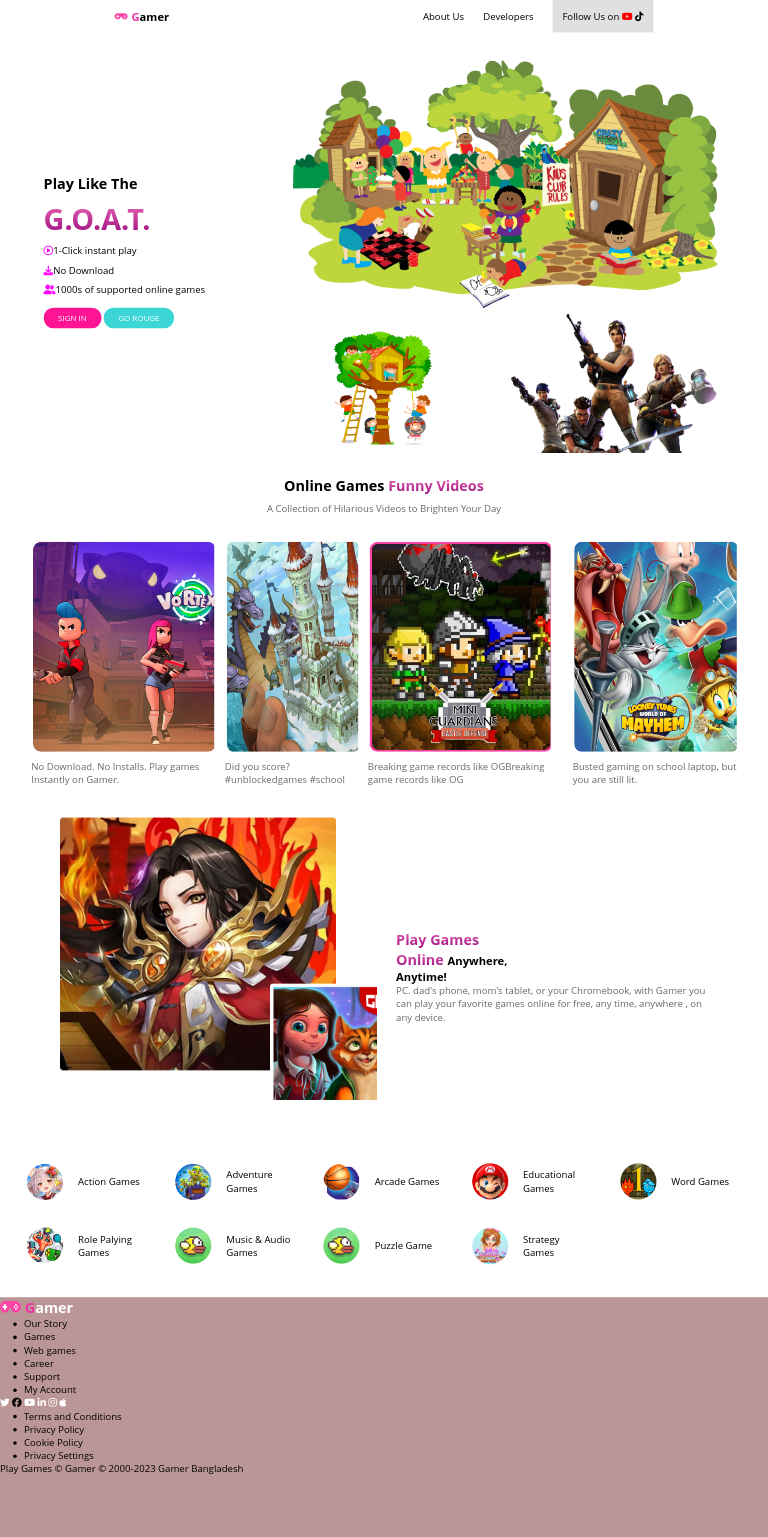
Repository: sadiaafsana138/Gamer-Zone
Page: index.html
An editor plug-in stored every save of this project. The page is shown before and after the next save, followed by the edit.
The browser window is 1280 px wide. The pictures show the whole page, at 60% of full size.
Some web libraries are served in a nearby version.

Above is the page before, as saved 2023-09-06 22:35:23.

After the next save:
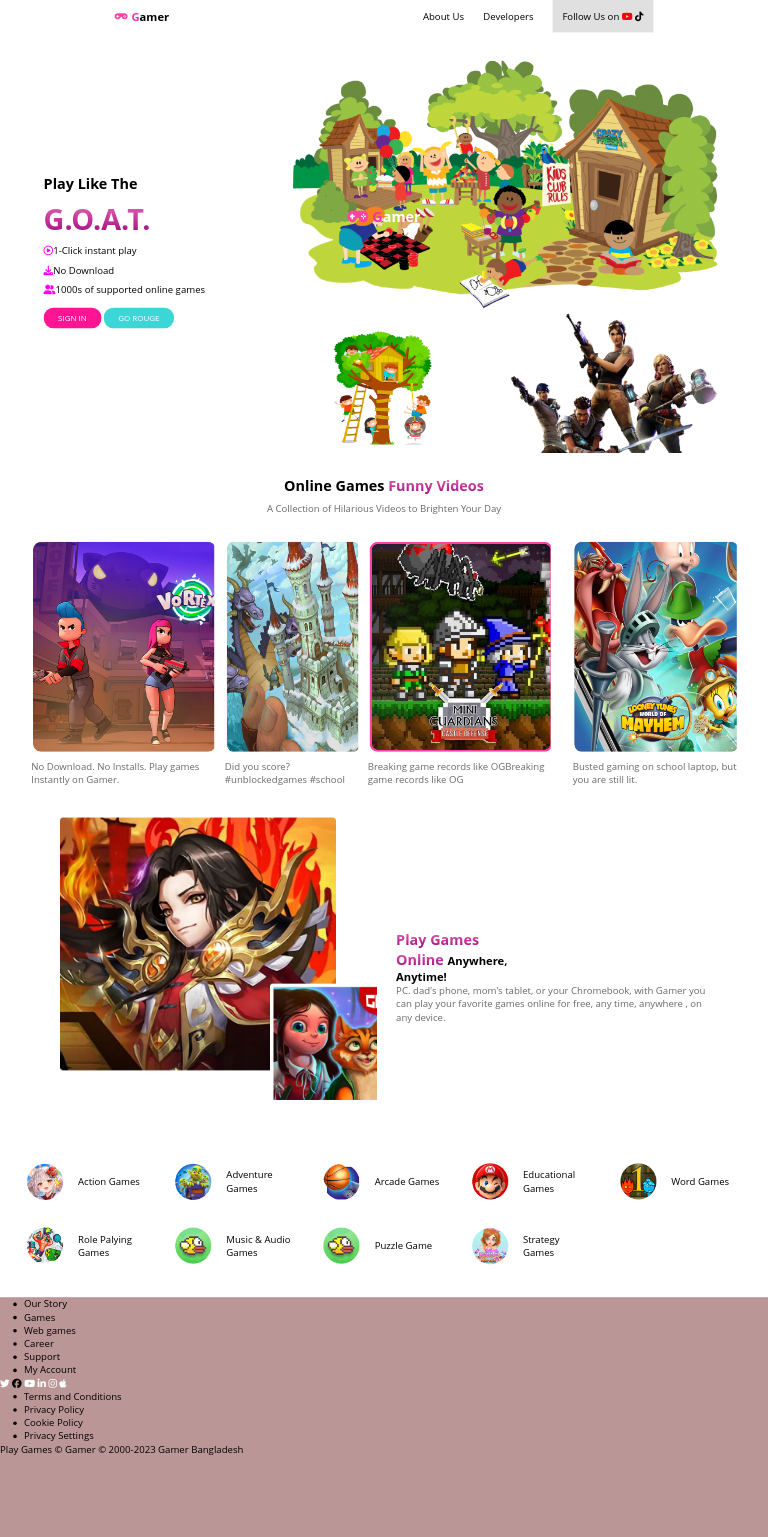
Saved 2 min 37 s later.
--- a/styles.css
+++ b/styles.css
@@ -191,9 +191,16 @@
    justify-content: center;
    align-items: center;
 }
-.Banner{
-    place-items: center;
-}
+#Bannerhead{
+    position: absolute;
+      top: 50%;
+      left: 50%;
+      transform: translate(-50%, -50%);
+}
+
+
+
+
 
 /* Responsive */
 /*Tab*/

After the save that followed:
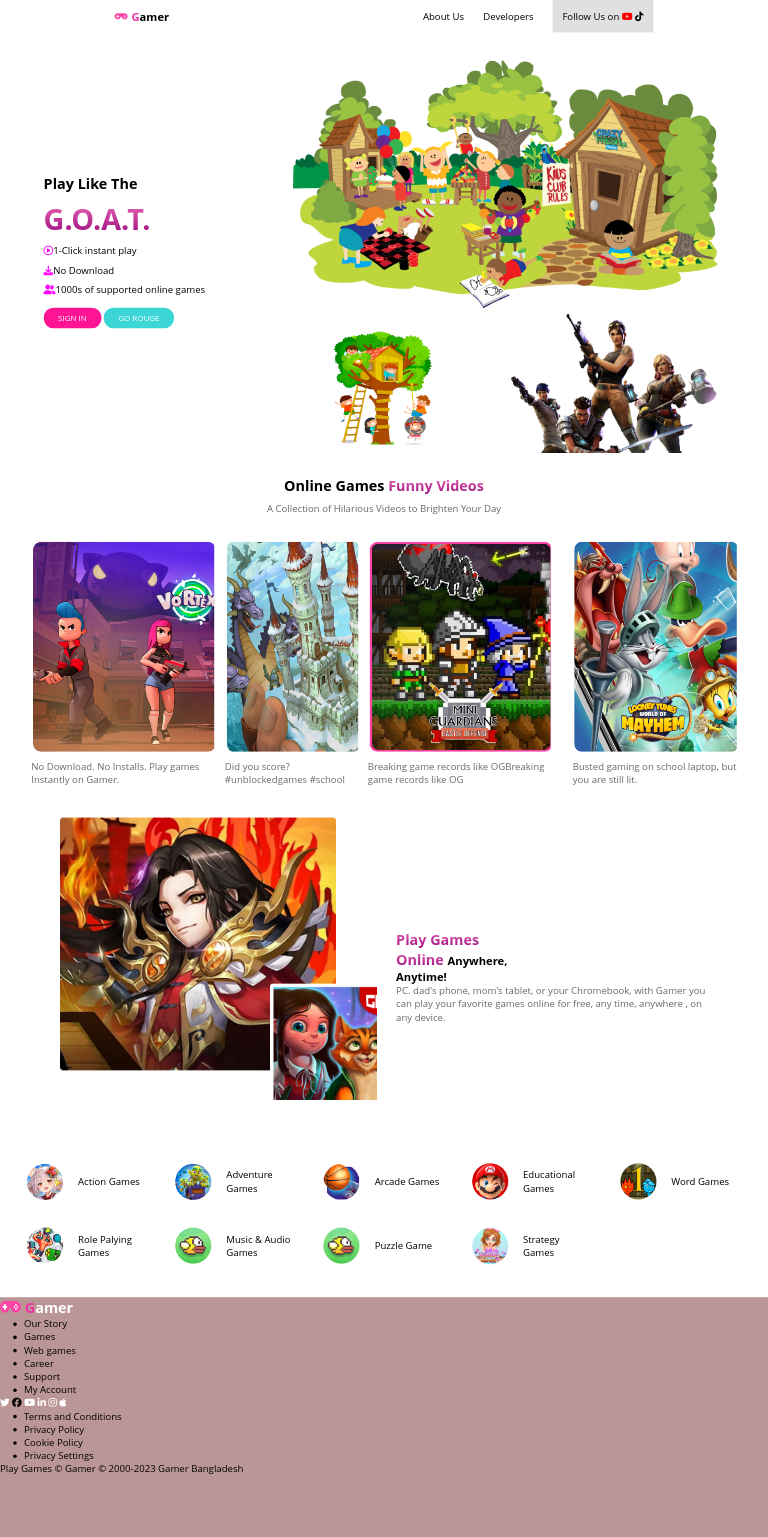
Saved 25 s later.
--- a/styles.css
+++ b/styles.css
@@ -192,10 +192,7 @@
    align-items: center;
 }
 #Bannerhead{
-    position: absolute;
-      top: 50%;
-      left: 50%;
-      transform: translate(-50%, -50%);
+    align-items: center;
 }
 
 
